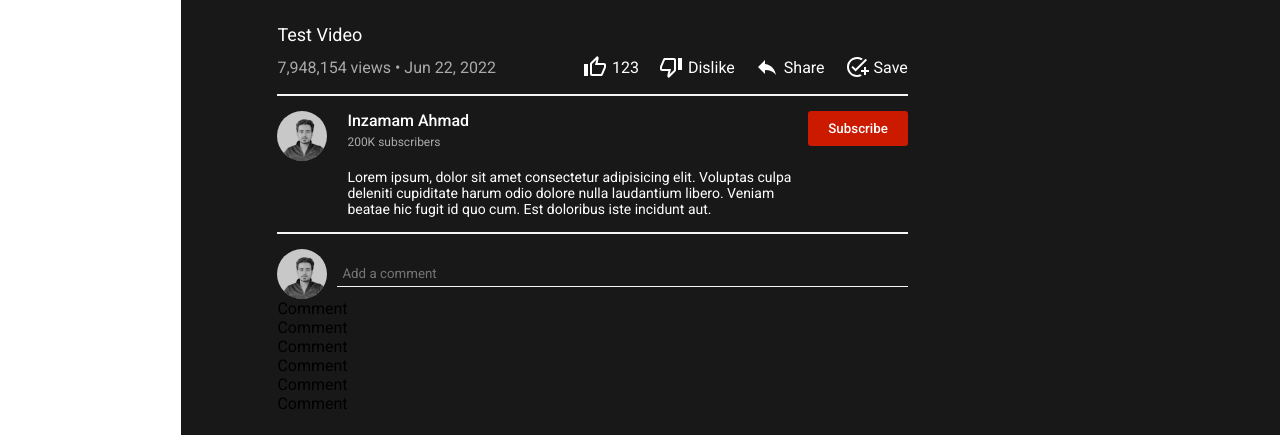
Repository: inzamamahmad3/final-year-project-skeleton
Page: /video/test
These files come from the project's save history. The page is drawn as it stood at one moment and after the next save; the edit follows.
The browser window is 1280 px wide. The pictures show the part of the page from y = 798 to 1443 px (the page is 1233 px tall before and 1443 px after).
The project was rebuilt for these pictures with package versions that can differ from the ones it lists, and the page was loaded fresh each time. Also part of the build but not shown: src/components/Card.jsx, src/pages/Home.jsx.

Above is the page before, as saved 2023-07-21 13:12:39.

After the next save:
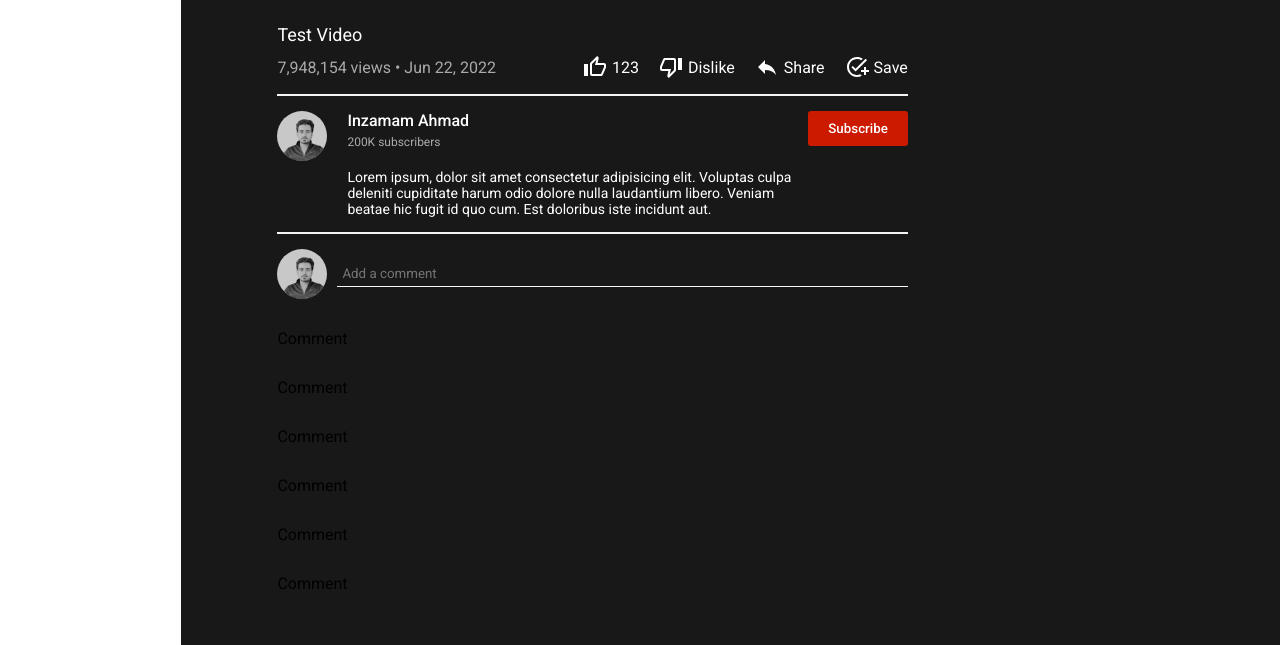
Saved 55 s later.
--- a/src/components/Comment.jsx
+++ b/src/components/Comment.jsx
@@ -14,7 +14,7 @@ const Avatar = styled.img`
 `;
 
 const Comment = () => {
-  return <div>Comment</div>;
+  return <Container>Comment</Container>;
 };
 
 export default Comment;
